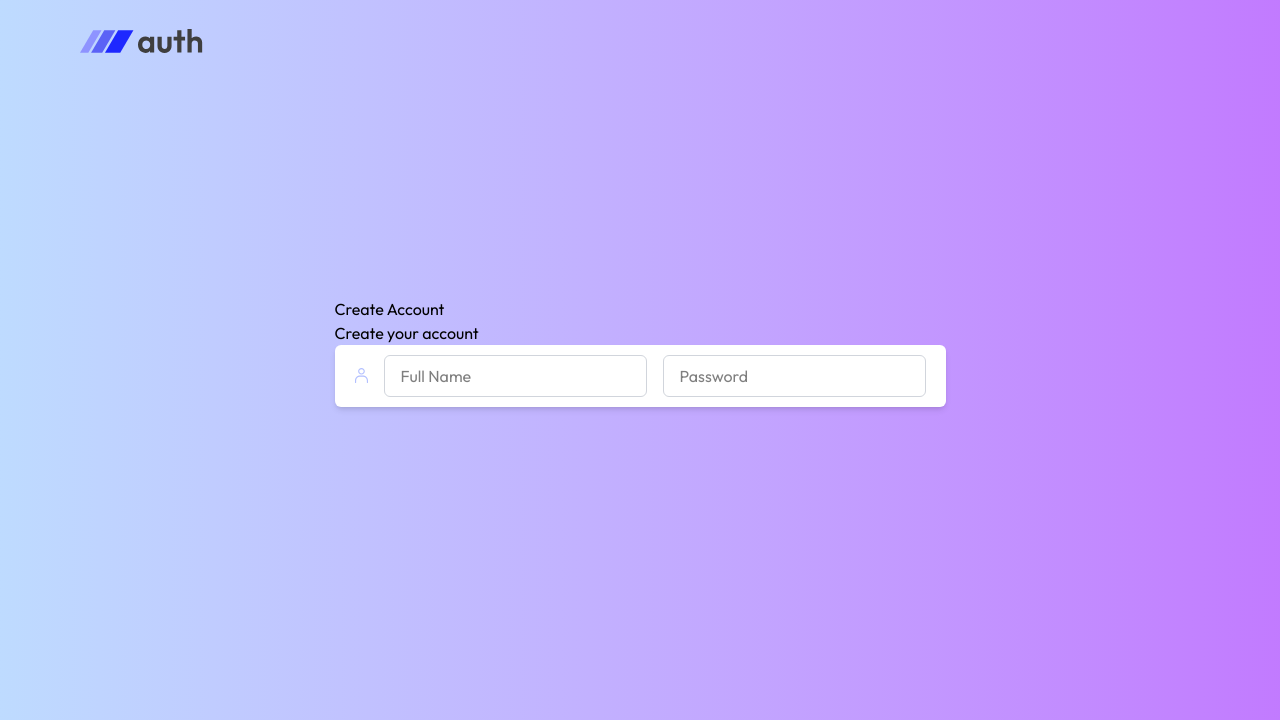
Repository: AuthnSapuarachchi/AuthnticationApplication-MERN-Stack
Page: /login (app in client/)
These files come from the project's save history. The page is drawn as it stood at one moment and after a run of saves; the edit follows.
The browser window is 1280 px wide. The pictures show the whole page.
The project was rebuilt for these pictures with package versions that can differ from the ones it lists, and the page was loaded fresh each time. Also part of the build but not shown: client/vite.config.js, client/src/components/NavBar.jsx, client/src/components/Header.jsx, client/src/pages/home.jsx, client/src/pages/ResetPassword.jsx, client/src/pages/EmailVerify.jsx.

Above is the page before, as saved 2025-07-31 12:04:20.

### client/index.html
<!doctype html>
<html lang="en">
  <head>
    <meta charset="UTF-8" />
    <link rel="icon" type="image/svg+xml" href="/favicon.svg" />
    <meta name="viewport" content="width=device-width, initial-scale=1.0" />
    <title>AuthCodeLab - MERN AUTH</title>
  </head>
  <body>
    <div id="root"></div>
    <script type="module" src="/src/main.jsx"></script>
  </body>
</html>

### client/src/main.jsx
import { StrictMode } from 'react'
import { createRoot } from 'react-dom/client'
import './index.css'
import App from './App.jsx'
import { BrowserRouter } from 'react-router-dom';

createRoot(document.getElementById('root')).render(
  <BrowserRouter>
    <App />
  </BrowserRouter>,
)

### client/src/index.css
@import url('https://fonts.googleapis.com/css2?family=Outfit:wght@100..900&display=swap');
@import "tailwindcss";

*{
  font-family: "Outfit", sans-serif;
}

### client/src/App.jsx
import React from 'react'
import { Routes, Router, Route } from 'react-router-dom'
import Home from './pages/home'
import Login from './pages/login'
import ResetPassword from './pages/ResetPassword'
import EmailVerify from './pages/EmailVerify'

const App = () => {
  return (
    <div>
      <Routes>
        <Route path='/' element={<Home />} />
        <Route path='/login' element={<Login />} />
        <Route path='/reset-password' element={<ResetPassword />} />
        <Route path='/email-verify' element={<EmailVerify />} />
      </Routes>
    </div>
  )
}

export default App

### client/src/pages/login.jsx
import React, { useState } from 'react'
import { assets } from '../assets/assets';

const Login = () => {
  const [state, setState] = useState('Sign Up');

  return (
    <div className='flex items-center justify-center min-h-screen px-6 sm:px-0 bg-gradient-to-r from-blue-200 to-purple-400 relative'>
      <img src={assets.logo} alt="" className='absolute left-5 sm:left-20
      top-5 w-28 sm:w-32 cursor-pointer' />
      <div>
        <h2>{state === 'Sign Up' ? 'Create Account' : 'Login'}</h2>
        <p>{state === 'Sign Up' ? 'Create your account' : 'Login to your account'}</p>
        <form>
          <div className=' mb-4 flex items-center gap-4 w-full px-5 py-2.5 bg-white rounded-md shadow-md'>
            <img src={assets.person_icon} alt="" />
            <input type="text" placeholder='Full Name' className='border border-gray-300 px-4 py-2 rounded-md' required/>
            <input type="password" placeholder='Password' className='border border-gray-300 px-4 py-2 rounded-md' />
          </div>
        </form>
      </div>
    </div>
  )
}

export default Login

### client/src/assets/assets.js
import arrow_icon from './arrow_icon.svg'
import lock_icon from './lock_icon.svg'
import logo from './logo.svg'
import mail_icon from './mail_icon.svg'
import person_icon from './person_icon.svg'
import hand_wave from './hand_wave.png'
import header_img from './header_img.png'

export const assets = {
    arrow_icon,
    lock_icon,
    logo,
    mail_icon,
    person_icon,
    hand_wave,
    header_img
}

After the next 7 saves:
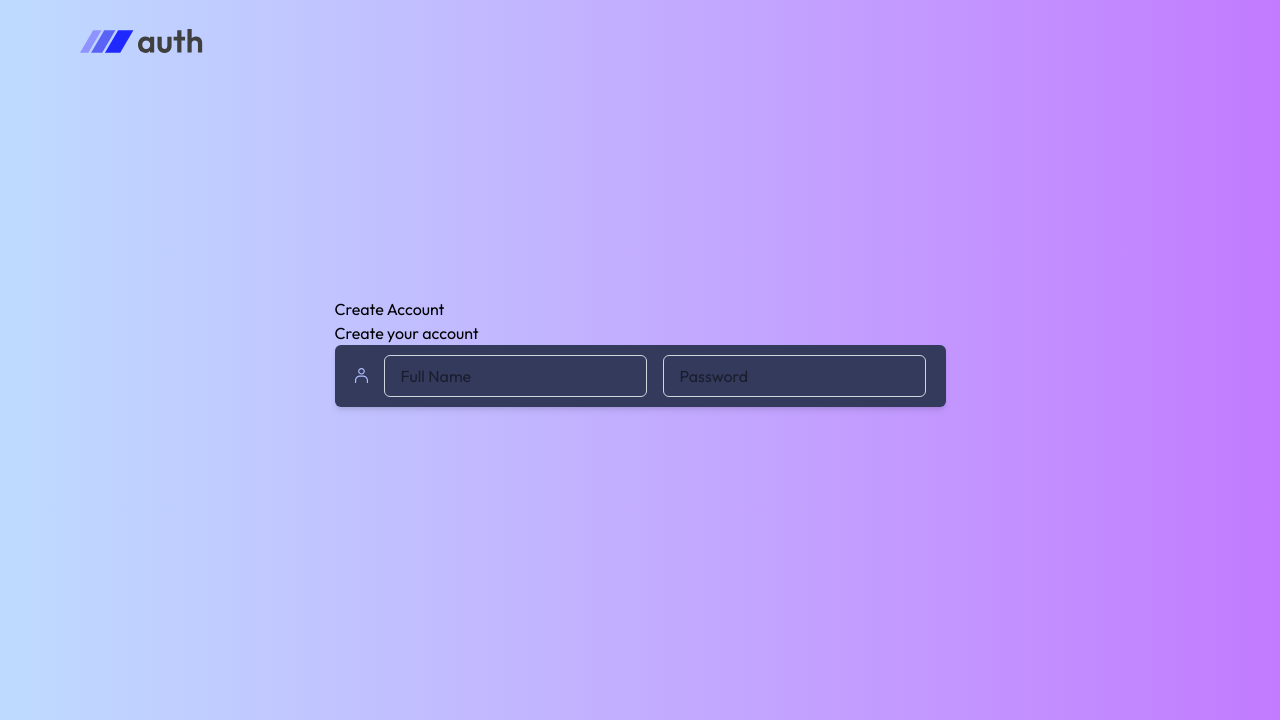
The 7 saves are shown as one change because they came seconds apart.
The last was saved 33 s later.
--- a/client/src/pages/login.jsx
+++ b/client/src/pages/login.jsx
@@ -12,7 +12,7 @@ const Login = () => {
         <h2>{state === 'Sign Up' ? 'Create Account' : 'Login'}</h2>
         <p>{state === 'Sign Up' ? 'Create your account' : 'Login to your account'}</p>
         <form>
-          <div className=' mb-4 flex items-center gap-4 w-full px-5 py-2.5 bg-white rounded-md shadow-md'>
+          <div className=' mb-4 flex items-center gap-4 w-full px-5 py-2.5 bg-[#333A5C] rounded-md shadow-md'>
             <img src={assets.person_icon} alt="" />
             <input type="text" placeholder='Full Name' className='border border-gray-300 px-4 py-2 rounded-md' required/>
             <input type="password" placeholder='Password' className='border border-gray-300 px-4 py-2 rounded-md' />
